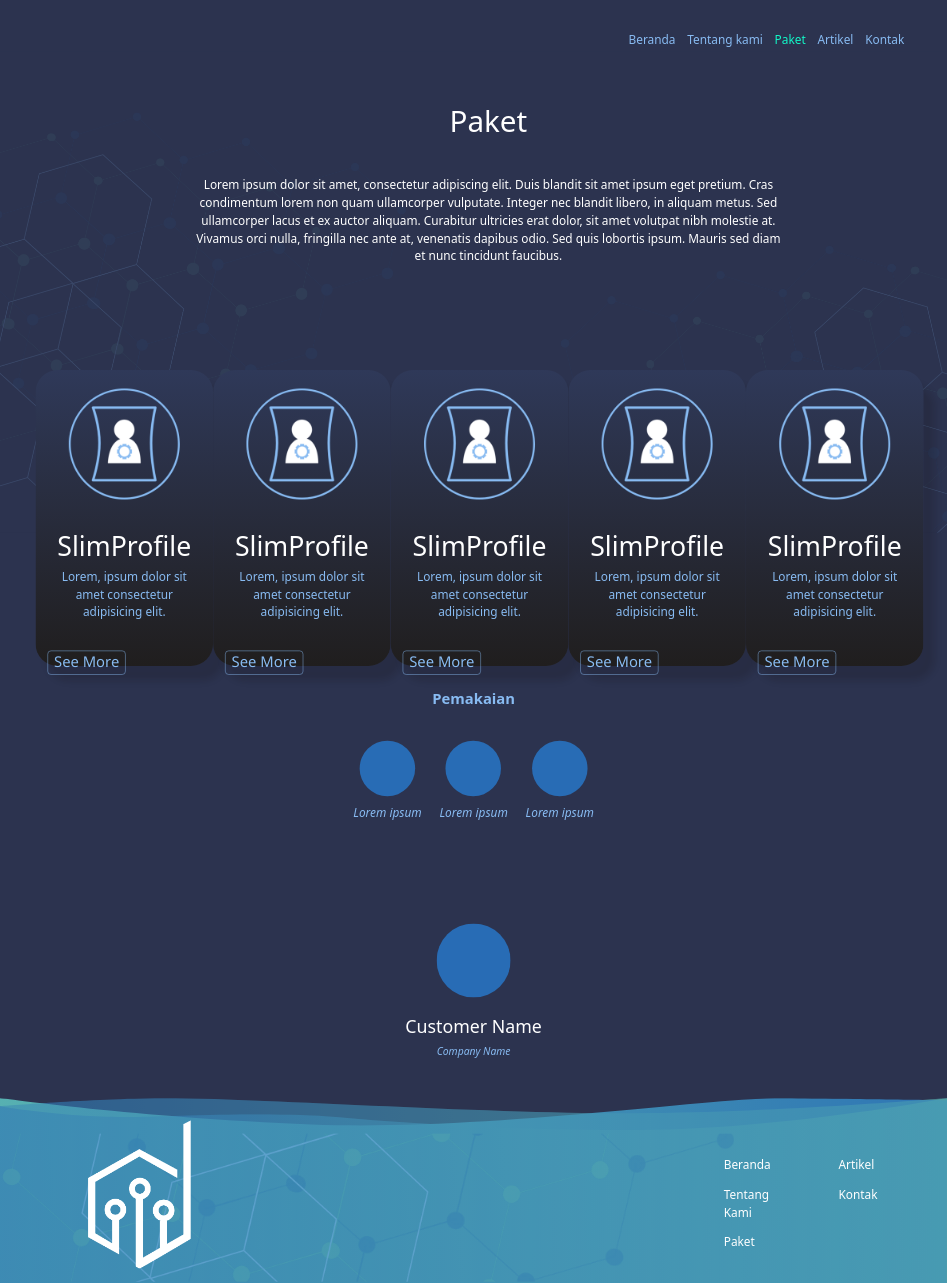
Repository: alfathard/dniztechno
Page: resources/views/product.blade.php
These files come from the project's save history. The page is drawn as it stood at one moment and after the next save; the edit follows.
The browser window is 1280 px wide. The pictures show the whole page, at 74% of full size.
Some web libraries are served in a nearby version. The page is served by the project's Laravel application, run on PHP 8.4 with Laravel 8. The template is opened directly, without the code that normally fills it, so the values that code supplies are empty.

Above is the page before, as saved 2025-03-22 09:20:36.
Console error: ReferenceError: $ is not defined

After the next save:
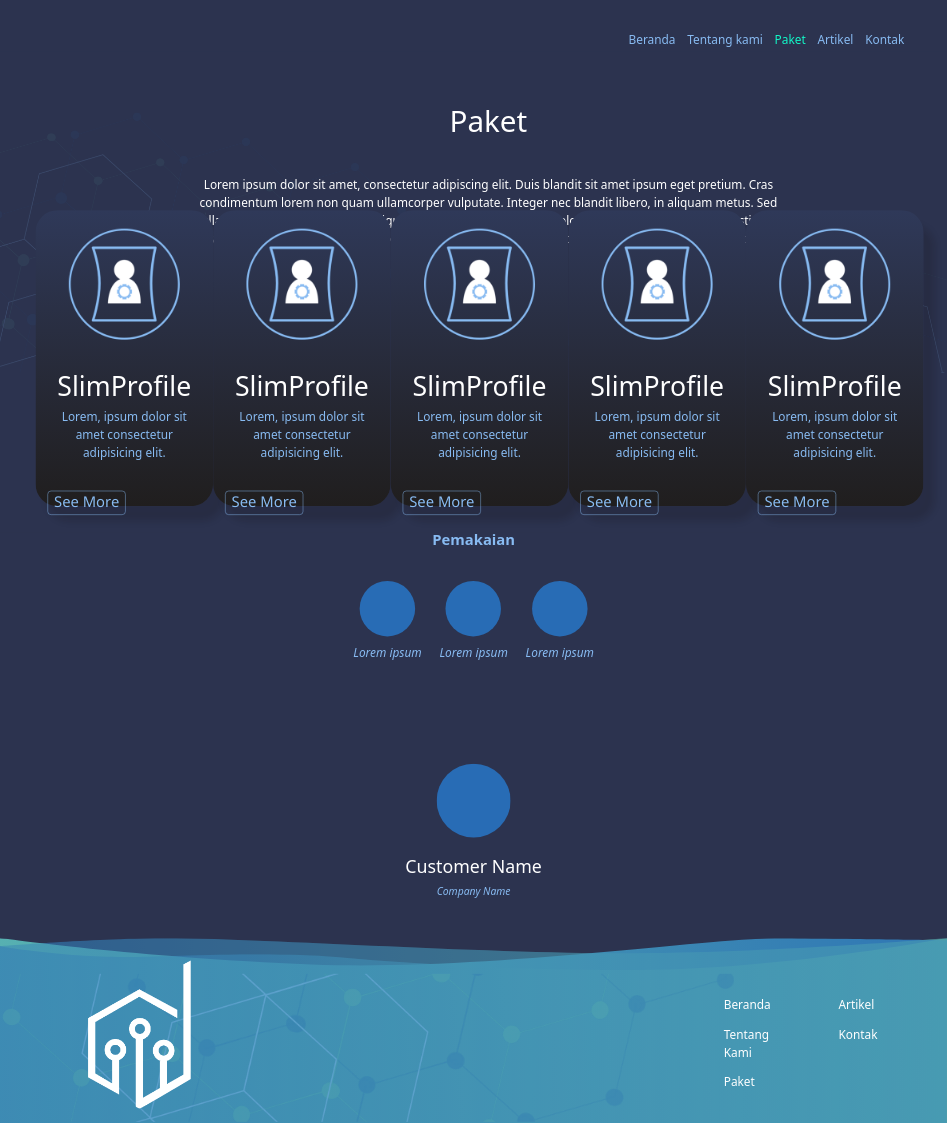
Saved 18 min 49 s later.
--- a/resources/views/product.blade.php
+++ b/resources/views/product.blade.php
@@ -12,7 +12,7 @@
     </head>
 
     <body id="home">
-        <div class="ss-heading-warp">
+        <div class="ss-heading-warp" style="height: 70%">
             <div class="jumbotron ss-heading">
                 <nav class="navbar navbar-expand fixed-top" id="mainNav">
                     <button class="navbar-toggler" type="button" data-bs-toggle="collapse" data-bs-target="#navbarResponsive" aria-controls="navbarResponsive" aria-expanded="false" aria-label="Toggle navigation"><span class="navbar-toggler-icon"></span></button>
